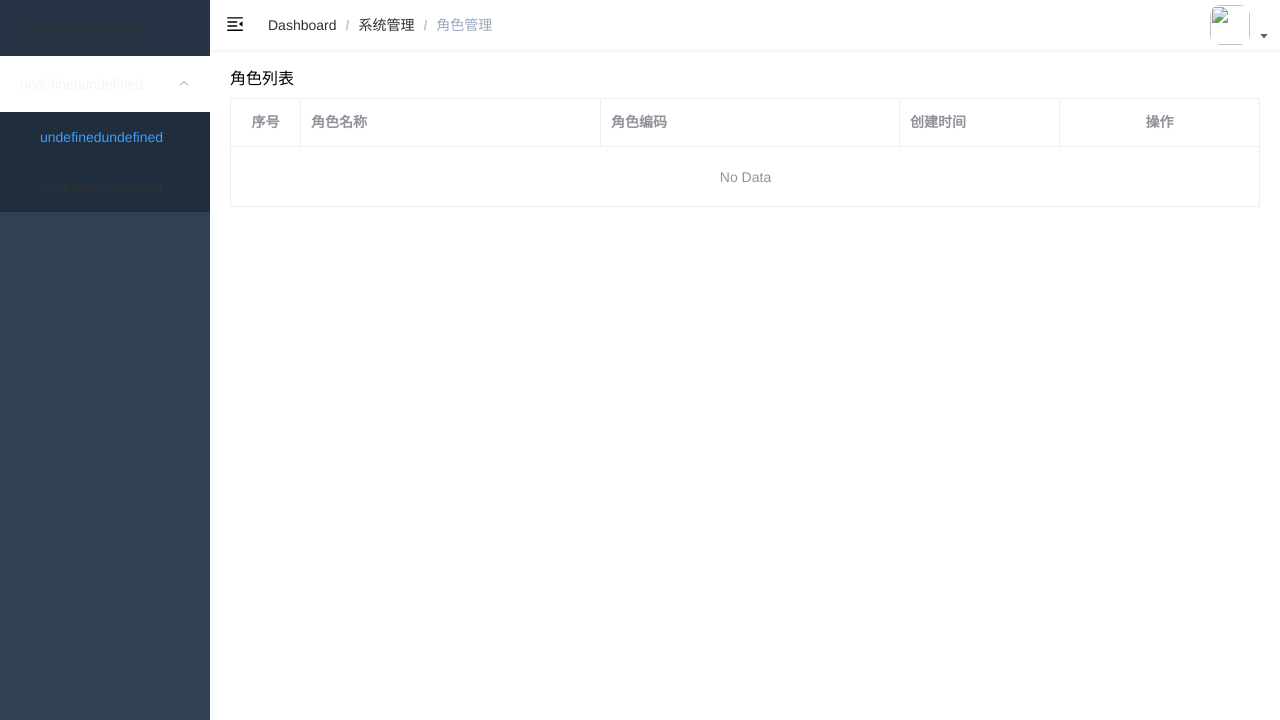
Repository: Ragnarokoo/perm-auth-front
Page: /#/system/sysRole (app in system-front/)
The author's editor kept a copy of each file at every save. The page is drawn from the files as they stood at one save, then again after the next save.
The browser window is 1280 px wide. The pictures show the whole page.
The page's requests for data from a server got no answer. The project was rebuilt for these pictures with package versions that can differ from the ones it lists, and the page was loaded fresh each time. No one was signed in, and anything a server would have sent is missing. Also part of the build but not shown: system-front/vue.config.js, system-front/src/layout/components/Sidebar/Logo.vue, system-front/src/styles/variables.scss, system-front/src/components/SvgIcon/index.vue. Imported but missing from the stored project, and not drawn on this page: system-front/src/permission.

Above is the page before, as saved 2022-10-31 18:20:45.

After the next save:
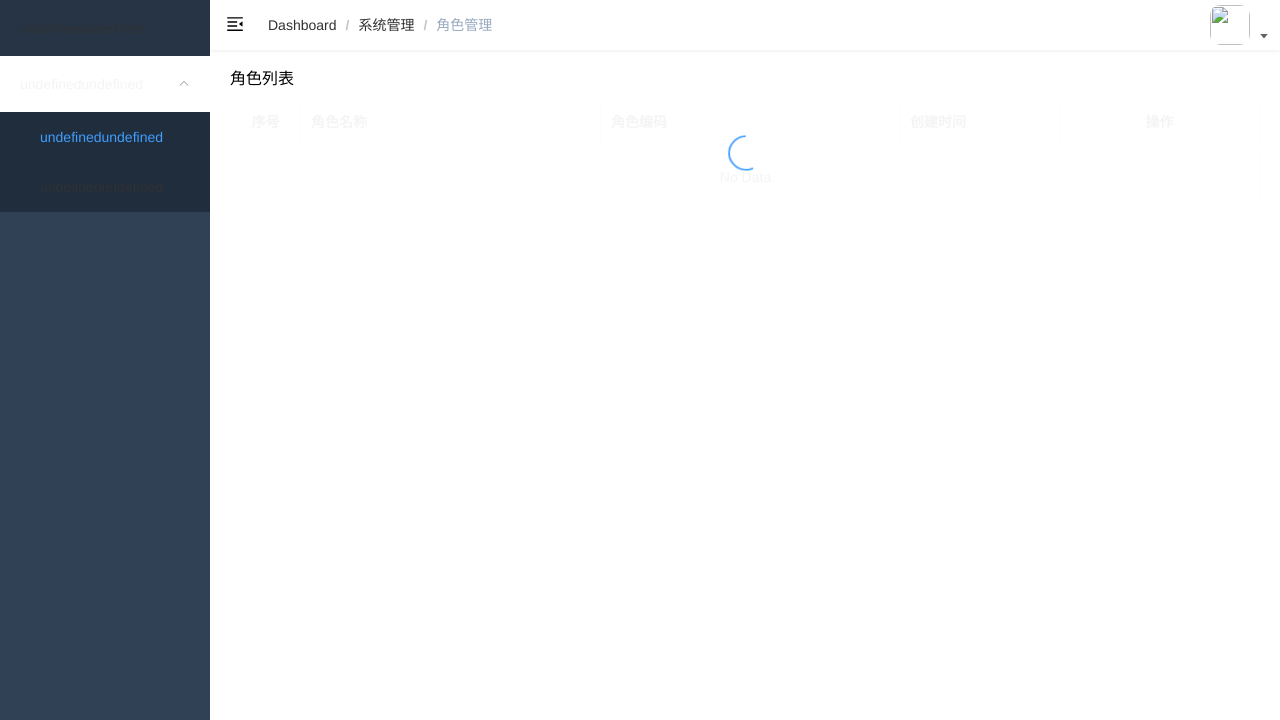
Saved 92 s later.
--- a/system-front/src/views/system/sysRole/list.vue
+++ b/system-front/src/views/system/sysRole/list.vue
@@ -46,6 +46,7 @@
 export default {
   data() {
     return {
+      listLoading: true, // 是否显示加载
       list: [], // 角色列表
       total: 0, // 总记录数
       page: 1, // 当前页

After the 2 saves that followed:
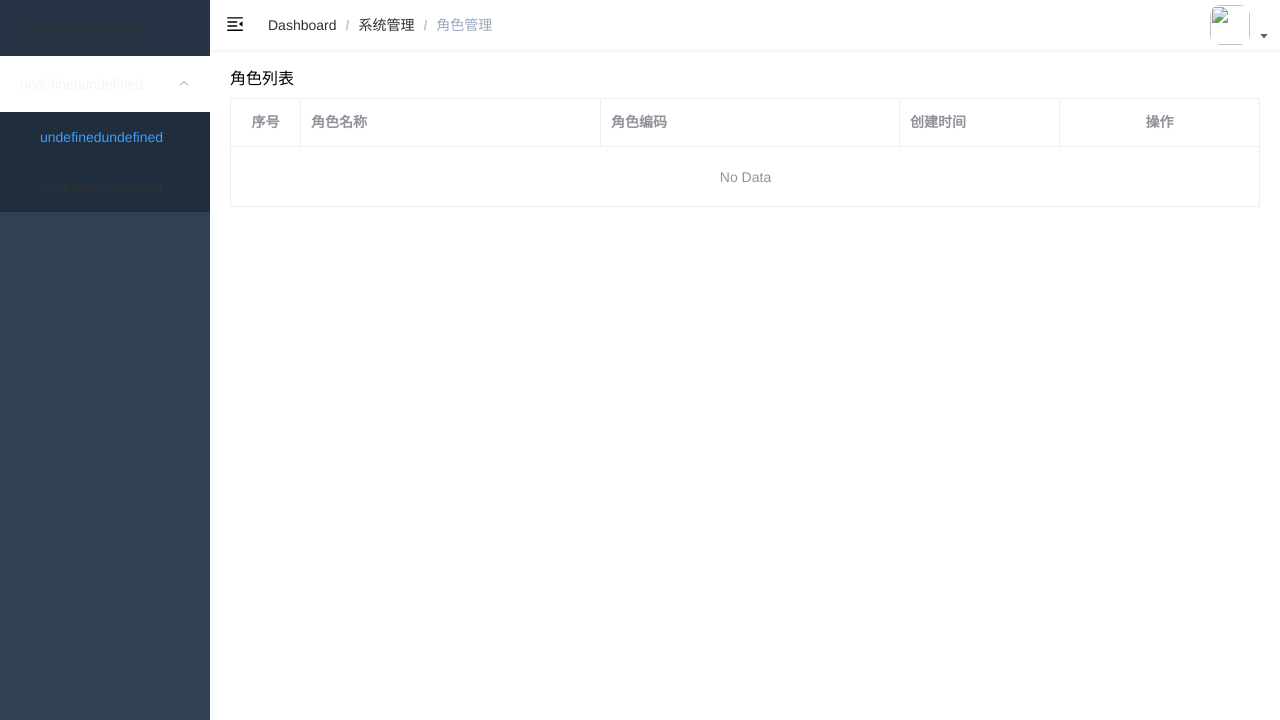
The 2 saves are shown as one change because 1 left the picture as it was.
The last was saved 48 s later.
--- a/system-front/src/views/system/sysRole/list.vue
+++ b/system-front/src/views/system/sysRole/list.vue
@@ -46,7 +46,7 @@
 export default {
   data() {
     return {
-      listLoading: true, // 是否显示加载
+      listLoading: false, // 是否显示加载
       list: [], // 角色列表
       total: 0, // 总记录数
       page: 1, // 当前页
@@ -69,6 +69,7 @@
       api
         .getPageList(this.page, this.limit, this.searchObj)
         .then((response) => {
+          this.listLoading = false;
           // 每页数据列表
           this.list = response.data.records;
           // 总记录数
